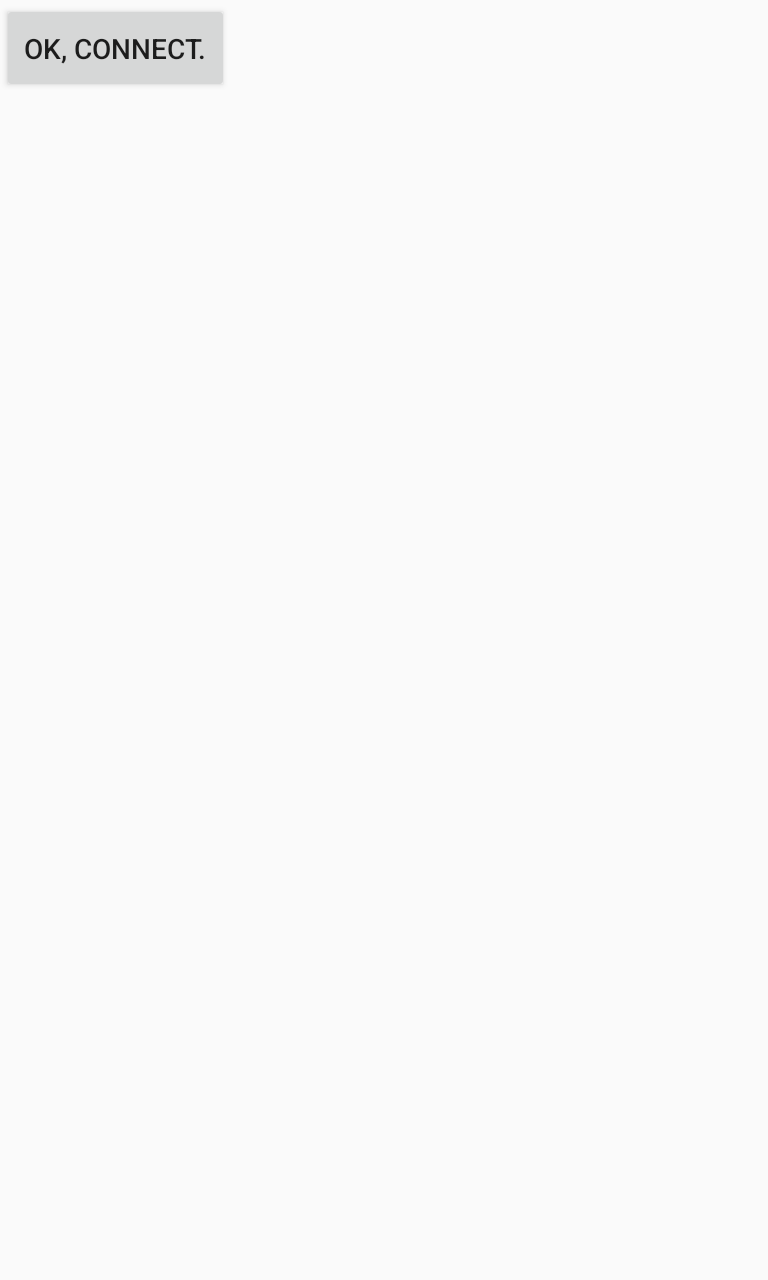
Repository: Vierco/Get_elements_from_web_and_caching
Layout: Guidelines_template/template/res/layout/hello.xml
These files come from the project's save history. The layout is drawn as it stood at one moment and after the next save; the edit follows.
It is drawn on a 768 x 1280 px phone screen (xhdpi) without system bars, with theme AppTheme; the app's code is not run.

Above is the layout before, as saved 2014-05-01 20:09:52.

### Guidelines_template/template/res/layout/hello.xml
<FrameLayout xmlns:android="http://schemas.android.com/apk/res/android"
    xmlns:tools="http://schemas.android.com/tools"
    android:id="@+id/container"
    android:layout_width="match_parent"
    android:layout_height="match_parent"
    android:layout_marginBottom="@dimen/activity_vertical_margin"
    android:layout_marginLeft="@dimen/activity_horizontal_margin"
    android:layout_marginRight="@dimen/activity_horizontal_margin"
    android:layout_marginTop="@dimen/activity_vertical_margin"
    tools:context="vierco.com.example.template.Hello"
    tools:ignore="MergeRootFrame" >

    <Button
        android:id="@+id/BT_connect"
        android:layout_width="wrap_content"
        android:layout_height="wrap_content"
        android:padding="@"
        android:text="@string/TXconnect" />

</FrameLayout>

### Guidelines_template/template/res/values/dimens.xml
<resources>

    <!-- Default screen margins, per the Android Design guidelines. -->
    <dimen name="views_padding">8dp</dimen>
    <dimen name="default_text_padding">3dp</dimen>
    <dimen name="title_text_padding">4dp</dimen>
    <dimen name="activity_horizontal_margin">9dp</dimen>
    <dimen name="activity_vertical_margin">9dp</dimen>
    <dimen name="default_text_size">16dp</dimen>
    <dimen name="title_text_size">22dp</dimen>
    <dimen name="subtitle_text_size">14dp</dimen>
    <dimen name="annotations_text_size">11dp</dimen>
    <dimen name="action_bar_text_size">13dp</dimen>
    <dimen name="button_text_size">15dp</dimen>

</resources>

### Guidelines_template/template/res/values/strings.xml
<?xml version="1.0" encoding="utf-8"?>
<resources>

    <string name="app_name">template</string>
    <string name="TXconnect">Ok, connect.</string>
    <string name="action_settings">Settings</string>

</resources>

Loaded but not shown: Guidelines_template/template/res/values/styles.xml (common file); Guidelines_template/template/res/values-v11/styles.xml (common file); Guidelines_template/template/res/values-v14/styles.xml (common file); Guidelines_template/template/res/values-w820dp/dimens.xml (common file)

After the next save:
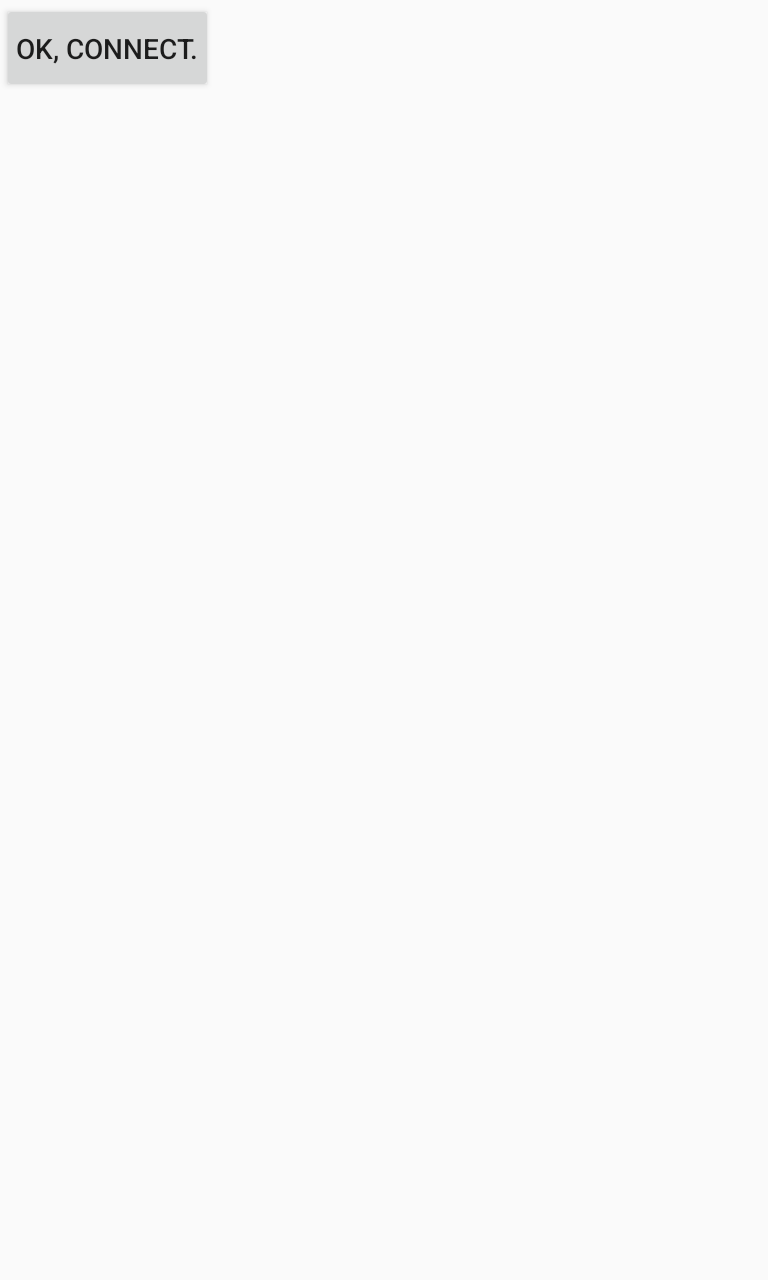
Saved 13 s later.
--- a/Guidelines_template/template/res/layout/hello.xml
+++ b/Guidelines_template/template/res/layout/hello.xml
@@ -14,7 +14,7 @@
         android:id="@+id/BT_connect"
         android:layout_width="wrap_content"
         android:layout_height="wrap_content"
-        android:padding="@"
+        android:padding="@dimen/views_padding"
         android:text="@string/TXconnect" />
 
 </FrameLayout>
